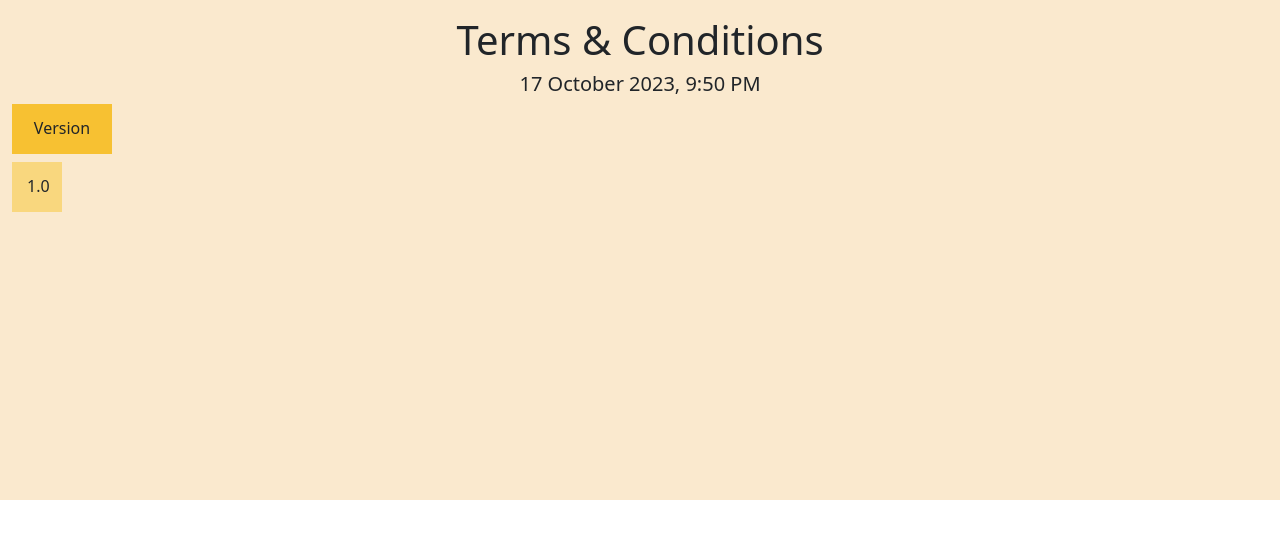
Repository: injectGroup/github.io
Page: terms.html
An editor plug-in stored every save of this project. The page is shown before and after the next save, followed by the edit.
The browser window is 1280 px wide. The pictures show the whole page.

Above is the page before, as saved 2023-11-29 14:15:47.

### terms.html
<!doctype html>
<html lang="en">

<head>
    <meta charset="utf-8">
    <meta name="viewport" content="width=device-width, initial-scale=1">
    <title>Bootstrap demo</title>
    <!-- GOULD CUSTOM CSS-->
    <link rel="stylesheet" href="/gouldwalletlegal/css/gouldcustom.css">
    <!--- BOOTSTRAP CDN -->
    <link href="https://cdn.jsdelivr.net/npm/bootstrap@5.3.2/dist/css/bootstrap.min.css" rel="stylesheet"
        integrity="sha384-T3c6CoIi6uLrA9TneNEoa7RxnatzjcDSCmG1MXxSR1GAsXEV/Dwwykc2MPK8M2HN" crossorigin="anonymous">
</head>

<body>
    <!-- Content here -->
    <div class="container-fluid text-center terms-content">
        <div class="row align-items-center">
            <div class="col align-self-center">
                <h1 class="text-center">
                    Terms & Conditions
                </h1>
            </div>
        </div>
        <div class="row align-items-center">
            <h5 class="version-date">
                17 October 2023, 9:50 PM
            </h5>
            <div class="col-sm align-self-center">
                <h6 class="version">
                    Version
                    <h6 class="version-number">1.0</h6>
                </h6>
            </div>

        </div>
    </div>
    <!-- BOOTSTRAP JS-->
    <script src="https://cdn.jsdelivr.net/npm/bootstrap@5.3.2/dist/js/bootstrap.bundle.min.js"
        integrity="sha384-C6RzsynM9kWDrMNeT87bh95OGNyZPhcTNXj1NW7RuBCsyN/o0jlpcV8Qyq46cDfL"
        crossorigin="anonymous"></script>
</body>

</html>

### gouldwalletlegal/css/gouldcustom.css
/*
 *AUTHOR: Abdulkadir Mohammed @ Inject
 *DATE: Wed 29 November 2023
  *
 *This is a custom css for gould wallet.
 */
/*****************************
 *********** HEAD ***********
 *****************************/
.terms-content {
    background-color: #FAE9CE;
    padding: 16px 0px 16px 0px;
    height: 500px;
    width: 100%;
    padding-right: 15px;
    padding-left: 15px;
    margin-right: auto;
    margin-left: auto;
    display: block;
    box-sizing: border-box;
}

.version {
    width: 100px;
    background-color: #F7C132;
    padding: 15px;
    width: 100px !important;
    height: 50px !important;
}

.version-number {
    background-color: #F9D77E;
    padding: 15px;
    width: 50px !important;
    height: 50px !important;
}


/*****************************
  *********** BODY ***********
 *****************************/

/*****************************
 *********** FOOTER ***********
*****************************/

After the next save:
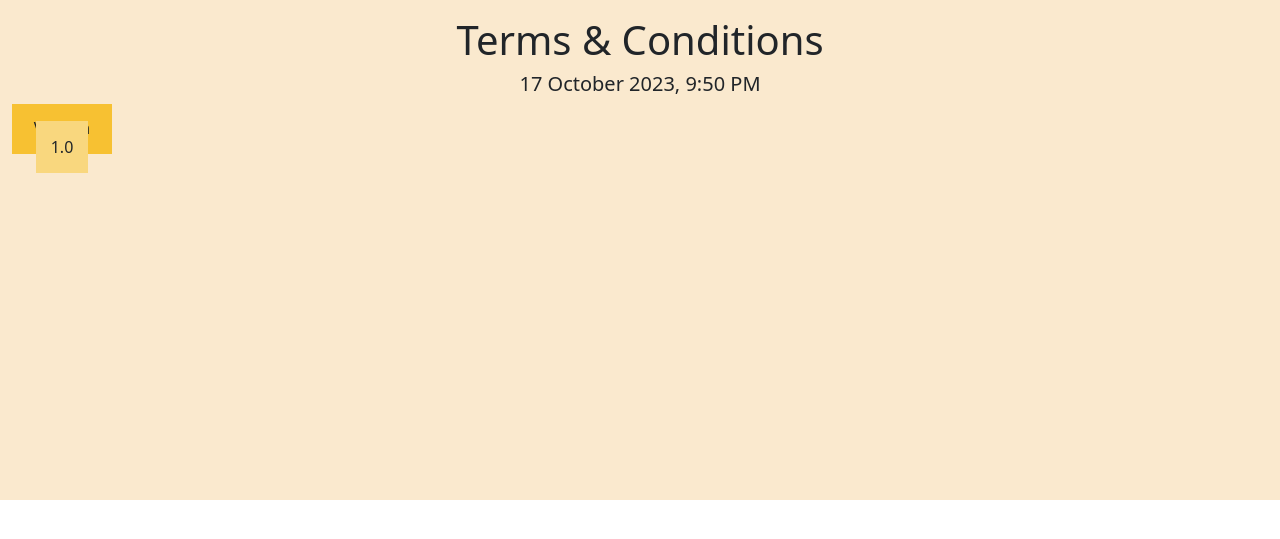
Saved 45 s later.
--- a/terms.html
+++ b/terms.html
@@ -29,7 +29,7 @@
             <div class="col-sm align-self-center">
                 <h6 class="version">
                     Version
-                    <h6 class="version-number">1.0</h6>
+                    <span class="version-number">1.0</span>
                 </h6>
             </div>
 
